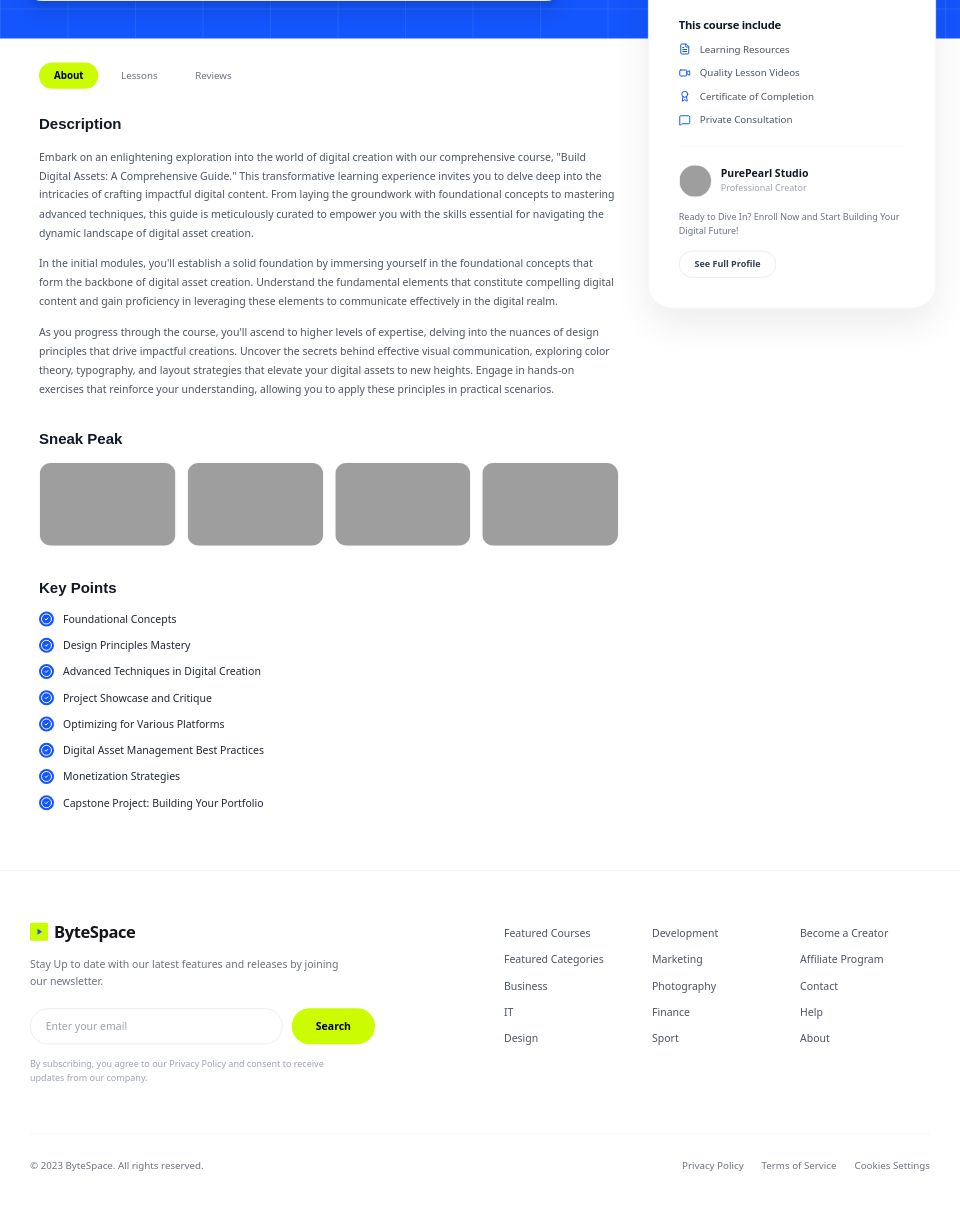
Repository: mdkawsarjomadder/bytespace
Page: /courses
The author's editor kept a copy of each file at every save. The page is drawn from the files as they stood at one save, then again after the next save.
The browser window is 1280 px wide. The pictures show the part of the page from y = 799 to 2423 px (the page is 2410 px tall before and 2423 px after), at 75% of full size.
Pictures or frames that could not be fetched are drawn as grey boxes. Some web fonts or font styles are not loaded; a fallback is used. The project was rebuilt for these pictures with package versions that can differ from the ones it lists, and the page was loaded fresh each time. Also part of the build but not shown: vite.config.js, src/components/Navbar.jsx, src/components/Hero.jsx, src/components/CategoryPills.jsx, src/components/CourseGrid.jsx, src/components/LearningPaths.jsx, src/components/GrowthStats.jsx, src/components/CreatorCTA.jsx and 5 more.

Above is the page before, as saved 2026-09-30 11:34:59.

After the next save:
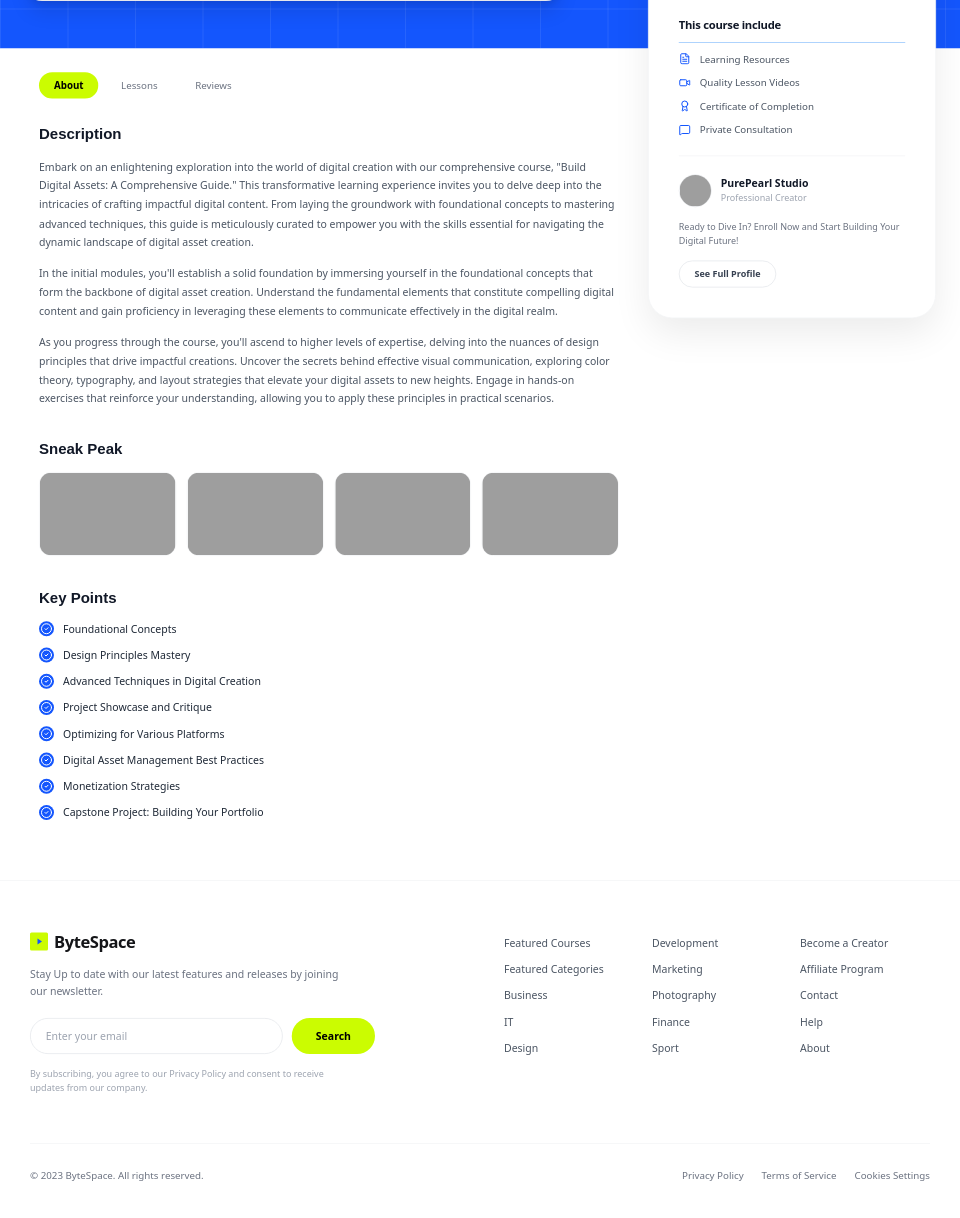
Saved 46 s later.
--- a/src/pages/CourseDetails.jsx
+++ b/src/pages/CourseDetails.jsx
@@ -186,6 +186,7 @@ const CourseDetails = () => {
                   <h5 className="text-[15px] font-bold text-gray-900 tracking-tight">
                     This course include
                   </h5>
+                  <hr className='border-blue-300' />
                   <div className="flex flex-col gap-3 text-[13px] text-gray-600">
                     <div className="flex items-center gap-3">
                       <FileText className="w-4 h-4 text-[#1456fd] shrink-0" />
